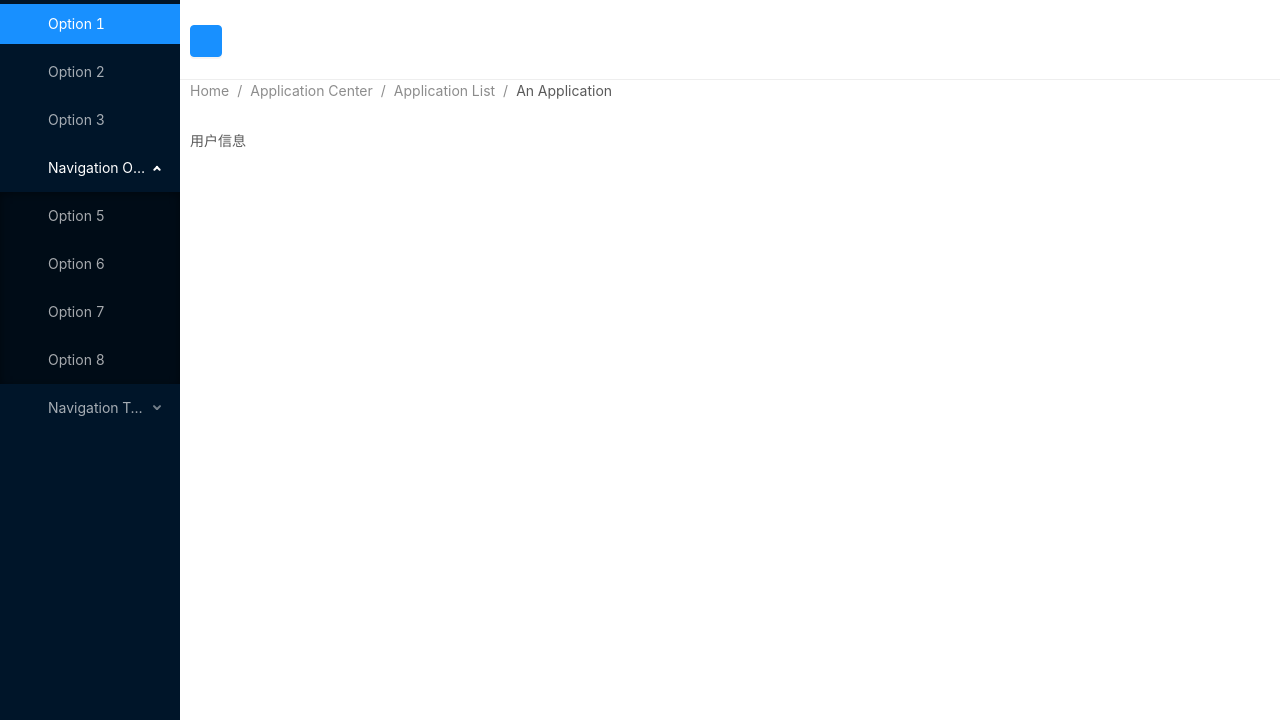
Repository: Ysleave/mall-app
Page: /
These files come from the project's save history. The page is drawn as it stood at one moment and after the next save; the edit follows.
The browser window is 1280 px wide. The pictures show the whole page.
The project was rebuilt for these pictures with package versions that can differ from the ones it lists, and the page was loaded fresh each time.

Above is the page before, as saved 2021-01-15 21:44:58.

After the next save:
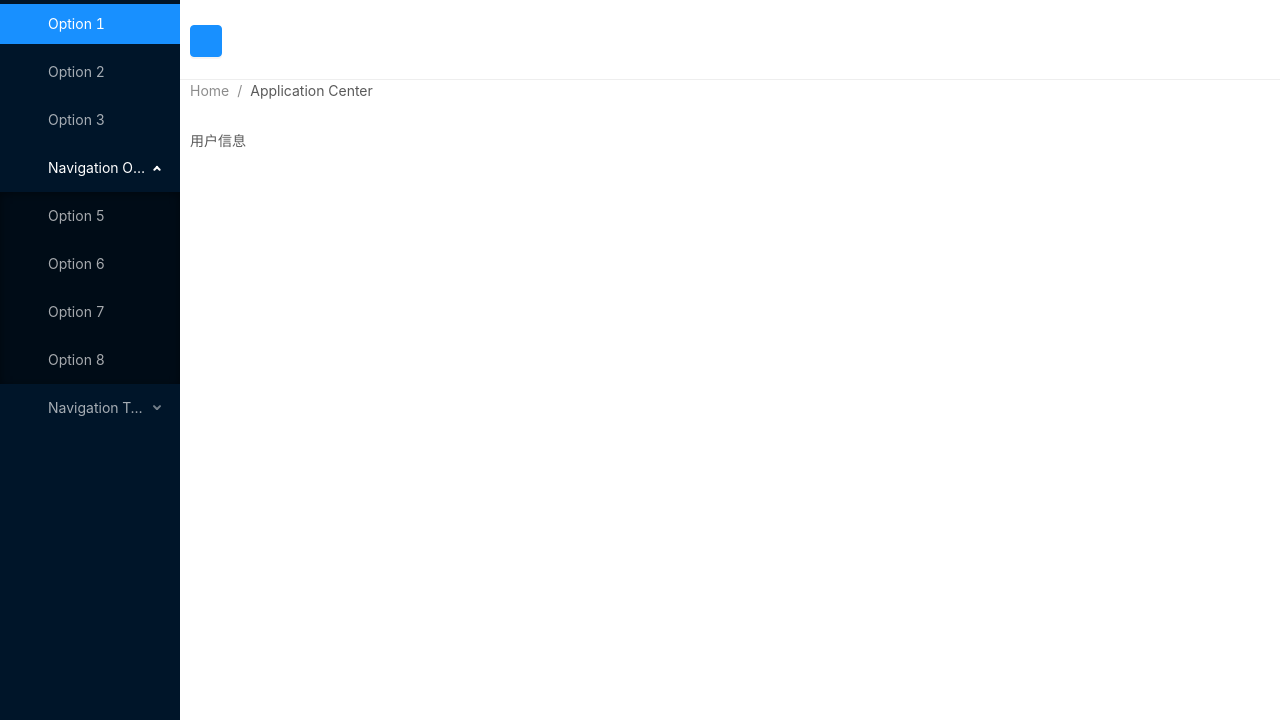
Saved 15 s later.
--- a/src/views/mainContent.vue
+++ b/src/views/mainContent.vue
@@ -13,13 +13,8 @@
         <template>
           <a-breadcrumb>
             <a-breadcrumb-item>Home</a-breadcrumb-item>
-            <a-breadcrumb-item
-              ><a href="">Application Center</a></a-breadcrumb-item
+            <a-breadcrumb-item><a href="">Application Center</a></a-breadcrumb-item
             >
-            <a-breadcrumb-item
-              ><a href="">Application List</a></a-breadcrumb-item
-            >
-            <a-breadcrumb-item>An Application</a-breadcrumb-item>
           </a-breadcrumb>
         </template>
       </div>
